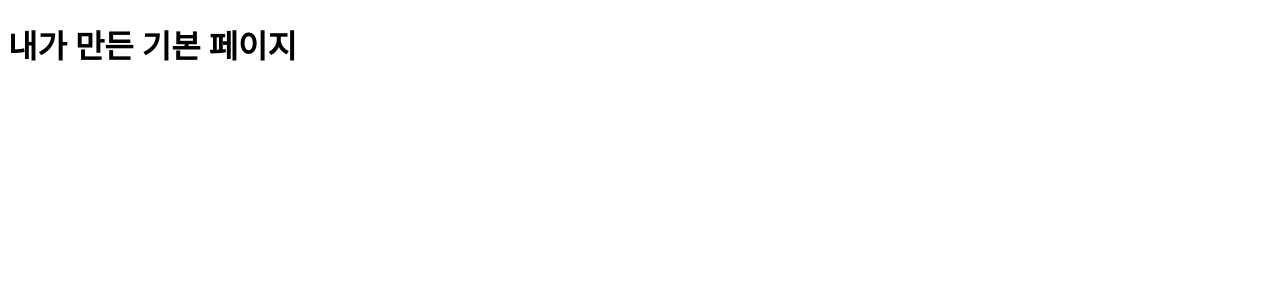
Repository: choo93/webworkspace3
Page: webworkspace3/mybatis01/WebContent/index.html
The author's editor kept a copy of each file at every save. The page is drawn from the files as they stood at one save, then again after the next save.
The browser window is 1280 px wide. The pictures show the whole page.

Above is the page before, as saved 2018-06-26 07:13:08.

After the next save:
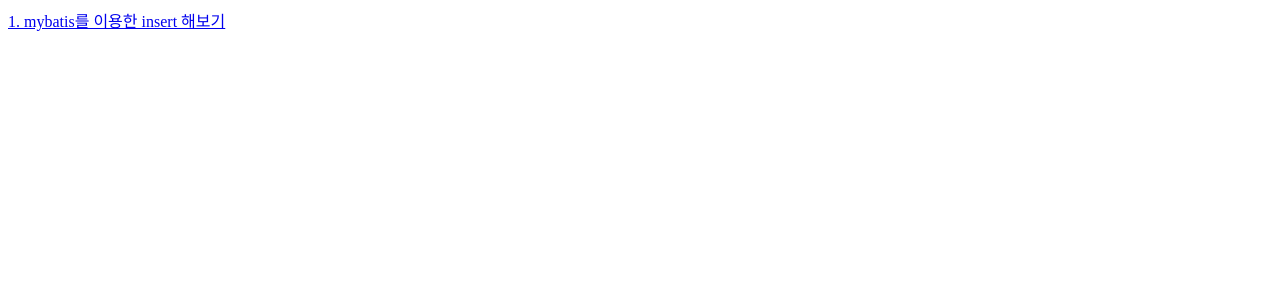
Saved 3 min 24 s later.
--- a/webworkspace3/mybatis01/WebContent/index.html
+++ b/webworkspace3/mybatis01/WebContent/index.html
@@ -5,6 +5,6 @@
 <title>Insert title here</title>
 </head>
 <body>
-<h1>내가 만든 기본 페이지</h1>
+<a href="/mybatisTest1">1. mybatis를 이용한 insert 해보기</a>
 </body>
 </html>
